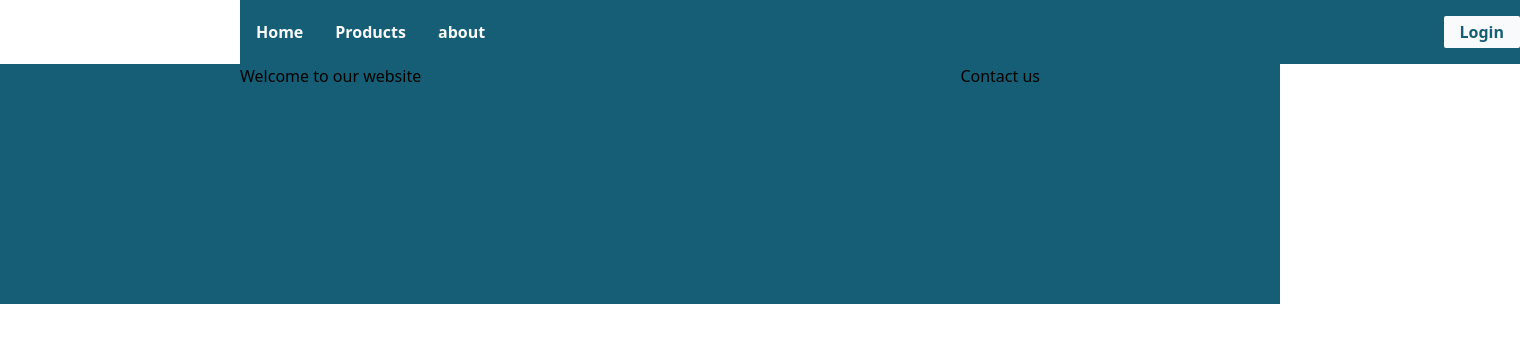
Repository: Sanaa00/svelte-test
Page: /
The author's editor kept a copy of each file at every save. The page is drawn from the files as they stood at one save, then again after the next save.
The browser window is 1280 px wide. The page is 1520 px wide, then 1280 px, so the pictures cover 1520 px, including what lies to the right of the window. The pictures show the whole page.
The project was rebuilt for these pictures with package versions that can differ from the ones it lists, and the page was loaded fresh each time. The framework's server and built-in components were replaced by stand-ins that run in the browser. Also part of the build but not shown: svelte.config.js, vite.config.js.

Above is the page before, as saved 2024-12-08 19:40:48.

After the next save:
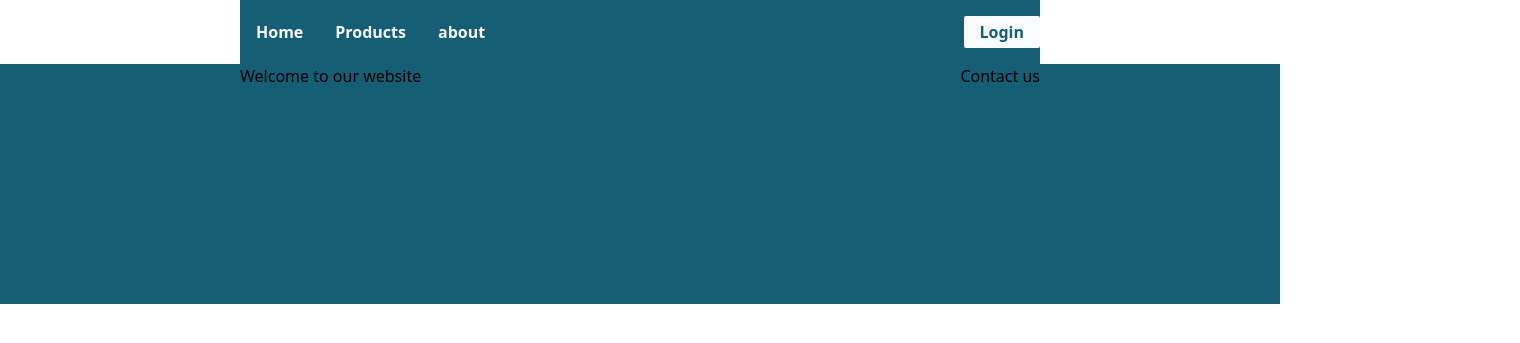
Saved 6 s later.
--- a/src/component/Navbar.svelte
+++ b/src/component/Navbar.svelte
@@ -1,7 +1,7 @@
 <script>
 </script>
 
-<main class="mx-60 w-full">
+<main class="w-full px-60">
 	<nav class="flex h-16 w-full items-center justify-between bg-cyan-800">
 		<ul class="flex">
 			<li class="px-4 font-semibold text-gray-50">Home</li>
